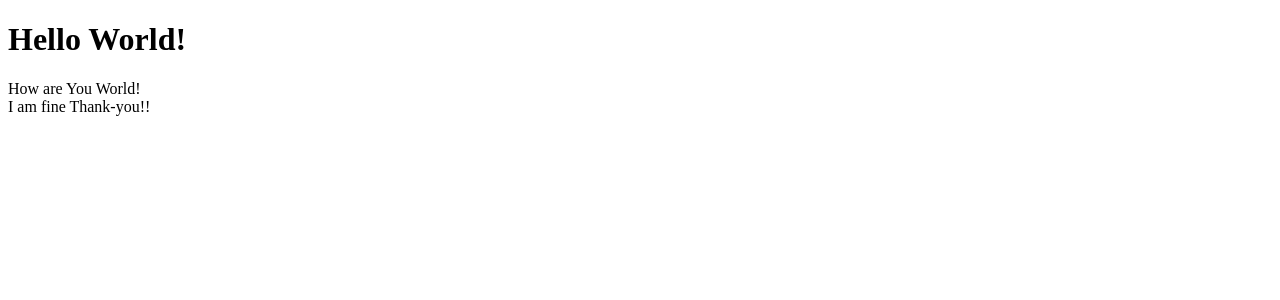
Repository: Abhi070717/Advance-Java
Page: http://localhost/jsp-servlet/
The author's editor kept a copy of each file at every save. The page is drawn from the files as they stood at one save, then again after the next save.
The browser window is 1280 px wide. The pictures show the whole page.
The page is served by Tomcat 9.

Above is the page before, as saved 2026-01-22 10:11:20.

After the next save:
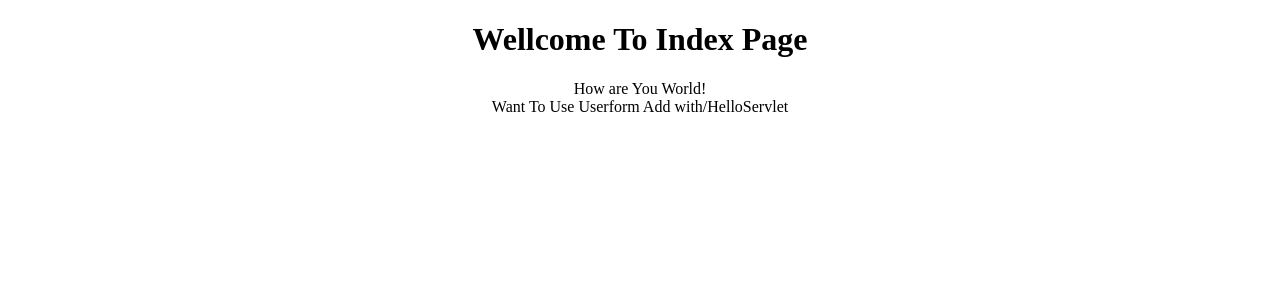
Saved 107 min 10 s later.
--- a/Jsp-servlet/jsp-servlet/WebContent/index.jsp
+++ b/Jsp-servlet/jsp-servlet/WebContent/index.jsp
@@ -7,9 +7,10 @@
 <title>JSP-jdk</title>
 </head>
 <body>
-<h1>Hello World!</h1>
+<div align="center">
+<h1>Wellcome To Index Page</h1>
 How are You World!</br>
-I am fine Thank-you!!
-
+Want To Use Userform Add with/HelloServlet
+</div>
 </body>
 </html>
